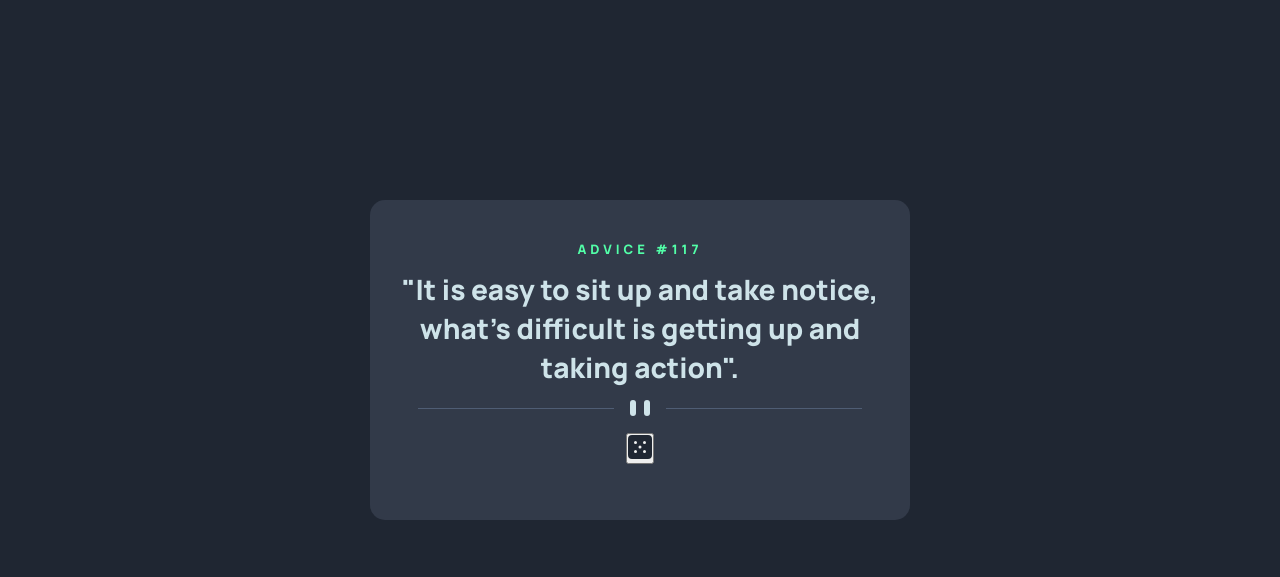
Repository: Daki-builds/advice-generator-app
Page: index.html
The author's editor kept a copy of each file at every save. The page is drawn from the files as they stood at one save, then again after the next save.
The browser window is 1280 px wide. The pictures show the whole page.

Above is the page before, as saved 2026-10-08 19:19:37.

### index.html
<!DOCTYPE html>
<html lang="en">

<head>
  <meta charset="UTF-8">
  <meta name="viewport" content="width=device-width, initial-scale=1.0">
  <link rel="icon" type="image/png" sizes="32x32" href="./images/favicon-32x32.png">
  <link rel="preconnect" href="https://fonts.googleapis.com">
  <link rel="preconnect" href="https://fonts.gstatic.com" crossorigin>
  <link href="https://fonts.googleapis.com/css2?family=Manrope:wght@800&display=swap" rel="stylesheet">
  <link rel="stylesheet" href="style.css">
  <title>Frontend Mentor | Advice generator app</title>

</head>

<body>
  <main class="container">
    <h1>Advice #<span id="advice-id">117</span></h1>
    <p id="adviceText">"It is easy to sit up and take notice, what's difficult is getting up and taking action".</p>
    <div>
      <img src="./images/pattern-divider-desktop.svg" alt="divider">
    </div>
    <button id="adviceBtn"><img src="./images/icon-dice.svg" alt="dice">
    </button>
  </main>
</body>

</html>

### style.css
* {
  margin: 0;
  padding: 0;
  box-sizing: border-box;
}

:root {
  --blue-200: hsl(193, 38%, 86%);
  --green-300: hsl(150, 100%, 66%);
  --blue-600: hsl(217, 19%, 38%);
  --blue-900: hsl(217, 19%, 24%);
  --blue-950: hsl(218, 23%, 16%);

  --font-family: "Manrope", sans-serif;
  --font-weight: 800;
  --font-size: 28px;
}

body {
  font-family: var(--font-family);
  font-weight: var(--font-weight);
  background-color: var(--blue-950);
  color: var(--blue-200);
  display: flex;
  justify-content: center;
  padding: 24px;
  align-items: center;
  min-height: 100vh;
}

.container {
  position: relative;
  background-color: var(--blue-900);
  display: flex;
  flex-direction: column;
  align-items: center;
  gap: 12px;
  padding: 40px 24px 56px;
  width: 100%;
  max-width: 540px;
  border-radius: 15px;
  text-align: center;
}

h1 {
  font-size: 13px;
  letter-spacing: 4px;
  text-transform: uppercase;
  color: var(--green-300);
}

p {
  font-size: var(--font-size);
  line-height: 1.4;
  color: var(--blue-200);
}

After the next save:
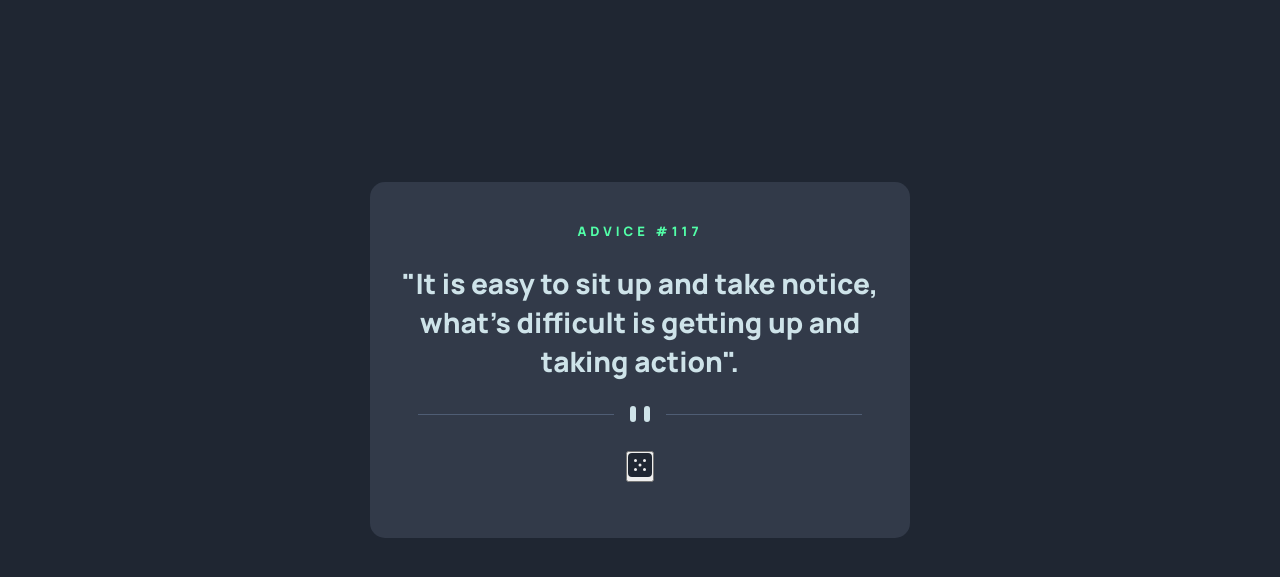
Saved 5 min 22 s later.
--- a/style.css
+++ b/style.css
@@ -34,7 +34,7 @@ body {
   display: flex;
   flex-direction: column;
   align-items: center;
-  gap: 12px;
+  gap: 24px;
   padding: 40px 24px 56px;
   width: 100%;
   max-width: 540px;
